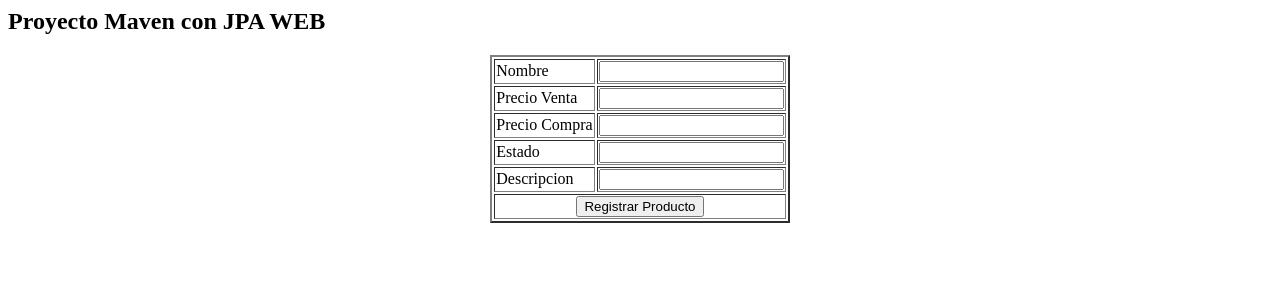
Repository: stephaniee04/LPII_CL2_eusebiogarrostephanie
Page: http://localhost/LPII_CL2_EUSEBIOGARROSTEPHANIE/RegistrarProductos.jsp
The author's editor kept a copy of each file at every save. The page is drawn from the files as they stood at one save, then again after the next save.
The browser window is 1280 px wide. The pictures show the whole page.
The page is served by Tomcat 9.

Above is the page before, as saved 2024-06-22 23:35:37.

After the next save:
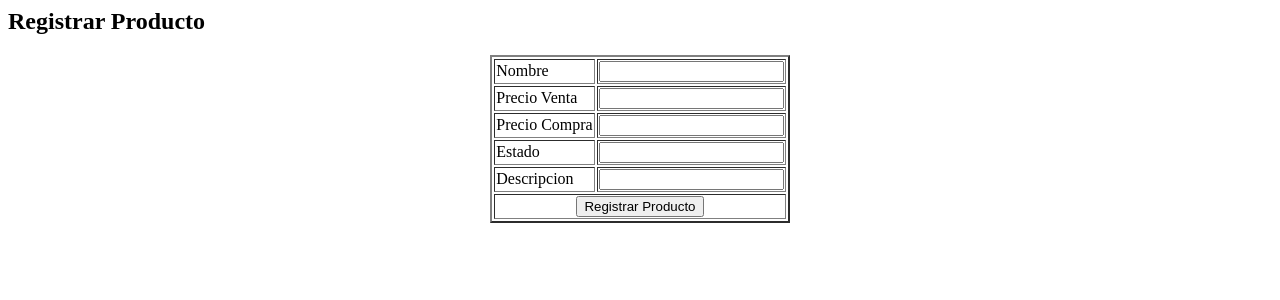
Saved 2 min 4 s later.
--- a/LPII_CL2_EUSEBIOGARROSTEPHANIE/src/main/webapp/RegistrarProductos.jsp
+++ b/LPII_CL2_EUSEBIOGARROSTEPHANIE/src/main/webapp/RegistrarProductos.jsp
@@ -1,6 +1,6 @@
 <html>
 <body>
-<h2>Proyecto Maven con JPA WEB</h2>
+<h2>Registrar Producto</h2>
 
 <form action="ControladorProducto" method="post">
 <table border="2" align="center">
